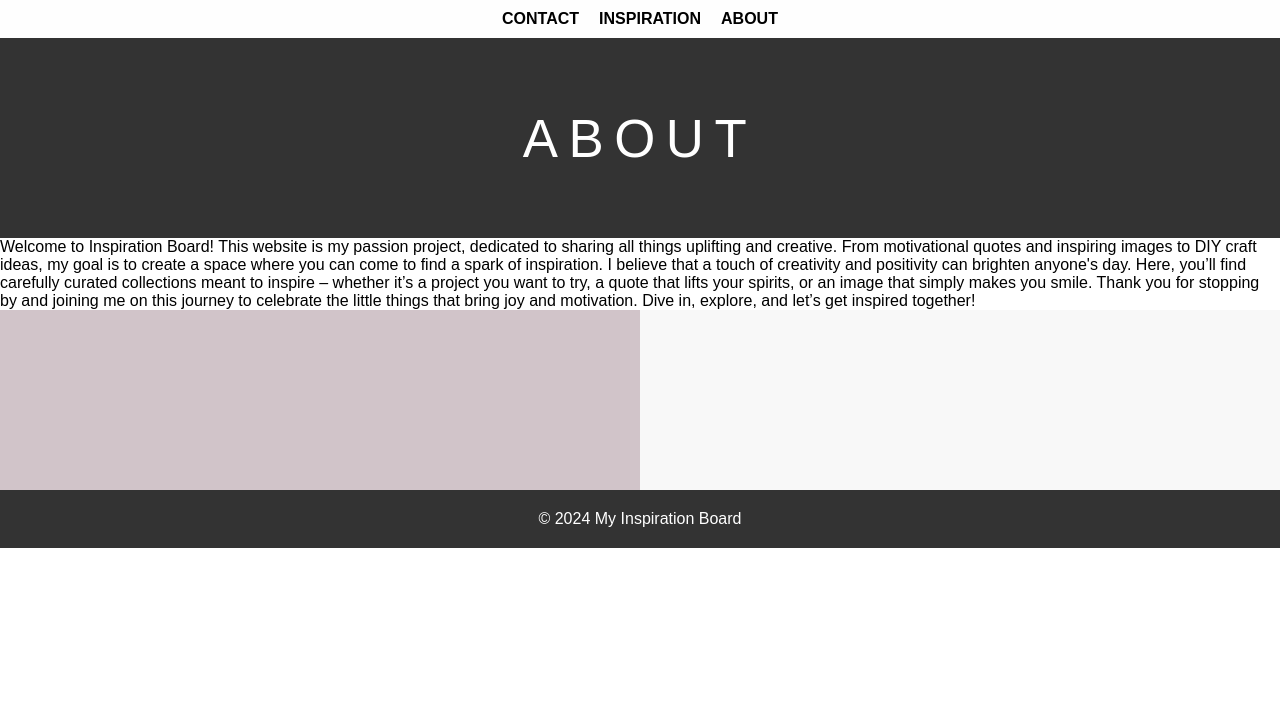
Repository: Brittany-Westlund/MART341-WebDesign
Page: WebDesignHomework/Assignment11/about.html
These files come from the project's save history. The page is drawn as it stood at one moment and after the next save; the edit follows.
The browser window is 1280 px wide. The pictures show the whole page.

Above is the page before, as saved 2024-11-03 20:00:20.

### WebDesignHomework/Assignment11/about.html
<!DOCTYPE html>
<html lang="en">
<head>
    <meta charset="UTF-8">
    <meta name="viewport" content="width=device-width, initial-scale=1.0">
    <title>My Inspiration Board</title>
    <link rel="stylesheet" href="style/style.css">
</head>
<body>

    <!-- Navigation -->
    <nav>
        <ul>
            <li><a href="contact.html">CONTACT</a></li>
            <li><a href="index.html">INSPIRATION</a></li>
            <li><a href="about.html">ABOUT</a></li>
        </ul>
    </nav>


    <div class="banner">ABOUT</div>

        <p>Welcome to Inspiration Board! This website is my passion project, dedicated to sharing all things uplifting and creative. From motivational quotes and inspiring images to DIY craft ideas, my goal is to create a space where you can come to find a spark of inspiration.

        I believe that a touch of creativity and positivity can brighten anyone's day. Here, you’ll find carefully curated collections meant to inspire – whether it’s a project you want to try, a quote that lifts your spirits, or an image that simply makes you smile.

        Thank you for stopping by and joining me on this journey to celebrate the little things that bring joy and motivation. Dive in, explore, and let’s get inspired together!</p>

    <!-- Two column block -->
    <div class="two-column-block">
        <div class="left-section">
            <p></p>
        </div>
        <div class="right-section">
            <p></p>
        </div>
    </div>

    <!--
    Full-width video section if needed
    <div>
        <video class="full-width-video" autoplay muted loop>
            <source src="" type="video/mp4">
            Your browser does not support the video tag.
        </video>
    </div>

     Full-width image section if needed
    <div>
        <img class="banner-image" src="">
    </div>
    -->

    <!-- Footer -->
    <footer>
        &copy; 2024 My Inspiration Board
    </footer>
</body>
</html>

### WebDesignHomework/Assignment11/style/style.css
/* Reset default styles */
* {
    margin: 0;
    padding: 0;
    box-sizing: border-box;
}

body {
    font-family: Arial, sans-serif;
}

/* Navigation styling */
nav {
    background-color: #fefefe;
    padding: 10px;
    text-align: center;
}

nav ul {
    list-style-type: none;
    display: flex;
    justify-content: center;
    gap: 20px;
}

nav ul li a {
    color: #000;
    text-decoration: none;
    font-weight: bold;
}

/* Dark gray banner styling */
.banner {
    height: 200px;
    background-color: #333;
    color: white;
    display: flex;
    align-items: center;
    justify-content: center;
    font-size: 3.3em;
    text-align: center;
    letter-spacing: 0.2em;
}

/* Banner image styling */
.banner-image {
    width: 100%;
    height: auto;
    display: block;
}

/* Two-column block styling */
.two-column-block {
    display: flex;
}

.two-column-block div {
    flex: 1;
    padding: 90px;
    text-align: center;
}

.left-section {
    background-color: #d1c4c9;
}

.right-section {
    background-color: #f8f8f8;
}

.about-section {
    max-width: 600px; /* Limits the width for readability */
    margin: 0 auto; /* Centers the section horizontally */
    padding: 20px; /* Adds space inside the section */
    text-align: center; /* Centers the text */
    line-height: 1.6; /* Improves readability */
    background-color: #f9f9f9; /* Optional: light background color */
    border-radius: 10px; /* Optional: rounded corners */
    box-shadow: 0px 4px 8px rgba(0, 0, 0, 0.1); /* Optional: subtle shadow */
}

/* Styling for blockquote and author */
blockquote {
    font-size: 1.5em;
    font-style: italic;
    margin-bottom: 10px;
}

#quote-author {
    font-size: 1em;
    color: #555;
    margin-top: 5px;
}

/* Full-width video styling */
.full-width-video {
    width: 100%;
    height: 300px;
    object-fit: cover;
    display: block;
}

/* Footer styling */
footer {
    background-color: #333;
    color: white;
    text-align: center;
    padding: 20px;
}

After the next save:
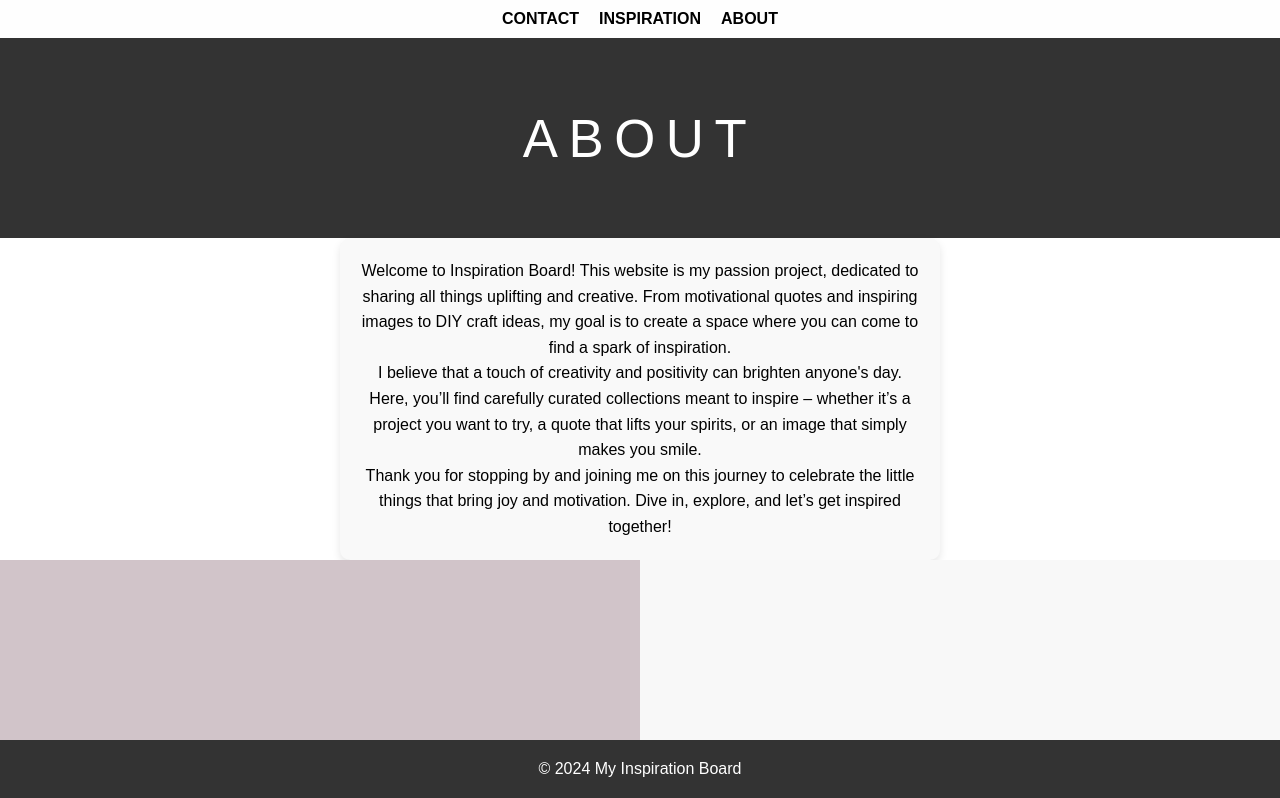
Saved 9 s later.
--- a/WebDesignHomework/Assignment11/about.html
+++ b/WebDesignHomework/Assignment11/about.html
@@ -20,11 +20,13 @@
 
     <div class="banner">ABOUT</div>
 
-        <p>Welcome to Inspiration Board! This website is my passion project, dedicated to sharing all things uplifting and creative. From motivational quotes and inspiring images to DIY craft ideas, my goal is to create a space where you can come to find a spark of inspiration.
+    <div class="about-section">
+        <p>Welcome to Inspiration Board! This website is my passion project, dedicated to sharing all things uplifting and creative. From motivational quotes and inspiring images to DIY craft ideas, my goal is to create a space where you can come to find a spark of inspiration.</p>
 
-        I believe that a touch of creativity and positivity can brighten anyone's day. Here, you’ll find carefully curated collections meant to inspire – whether it’s a project you want to try, a quote that lifts your spirits, or an image that simply makes you smile.
+        <p>I believe that a touch of creativity and positivity can brighten anyone's day. Here, you’ll find carefully curated collections meant to inspire – whether it’s a project you want to try, a quote that lifts your spirits, or an image that simply makes you smile.</p>
 
-        Thank you for stopping by and joining me on this journey to celebrate the little things that bring joy and motivation. Dive in, explore, and let’s get inspired together!</p>
+        <p>Thank you for stopping by and joining me on this journey to celebrate the little things that bring joy and motivation. Dive in, explore, and let’s get inspired together!</p>
+    </div>
 
     <!-- Two column block -->
     <div class="two-column-block">
